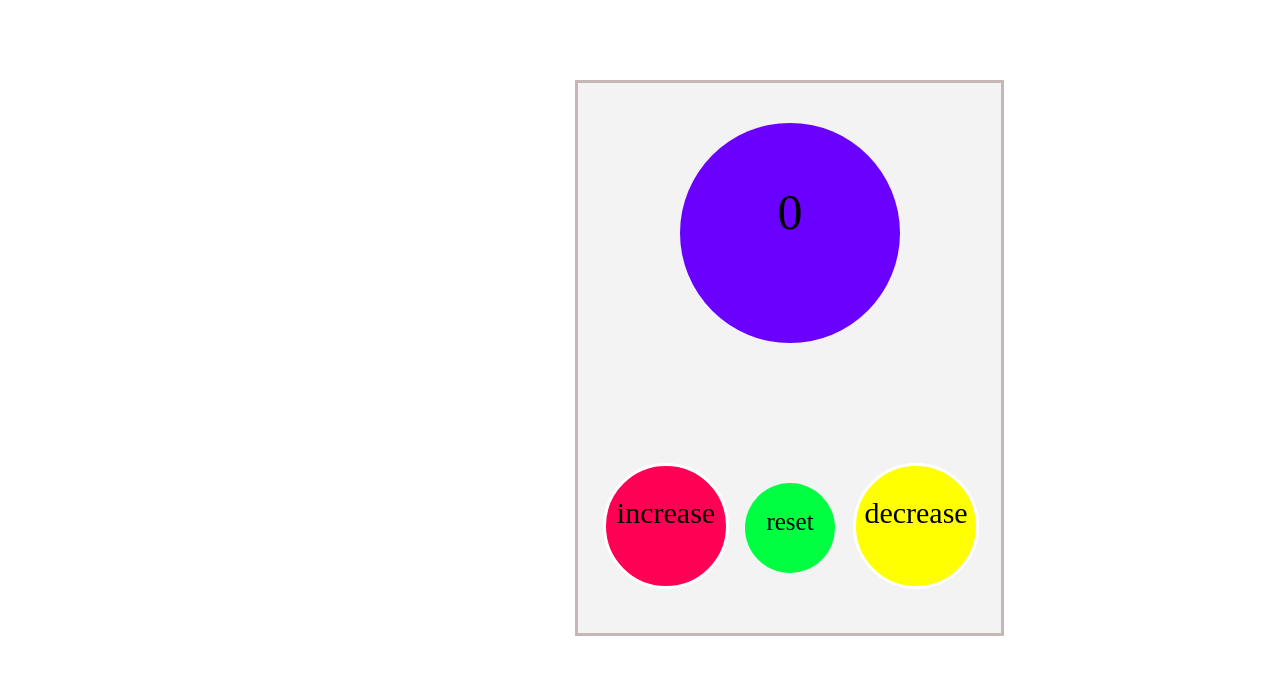
Repository: sara55m/Counter_App
Page: index.html
An editor plug-in stored every save of this project. The page is shown before and after the next save, followed by the edit.
The browser window is 1280 px wide. The pictures show the whole page.

Above is the page before, as saved 2024-07-30 04:05:26.

After the next save:
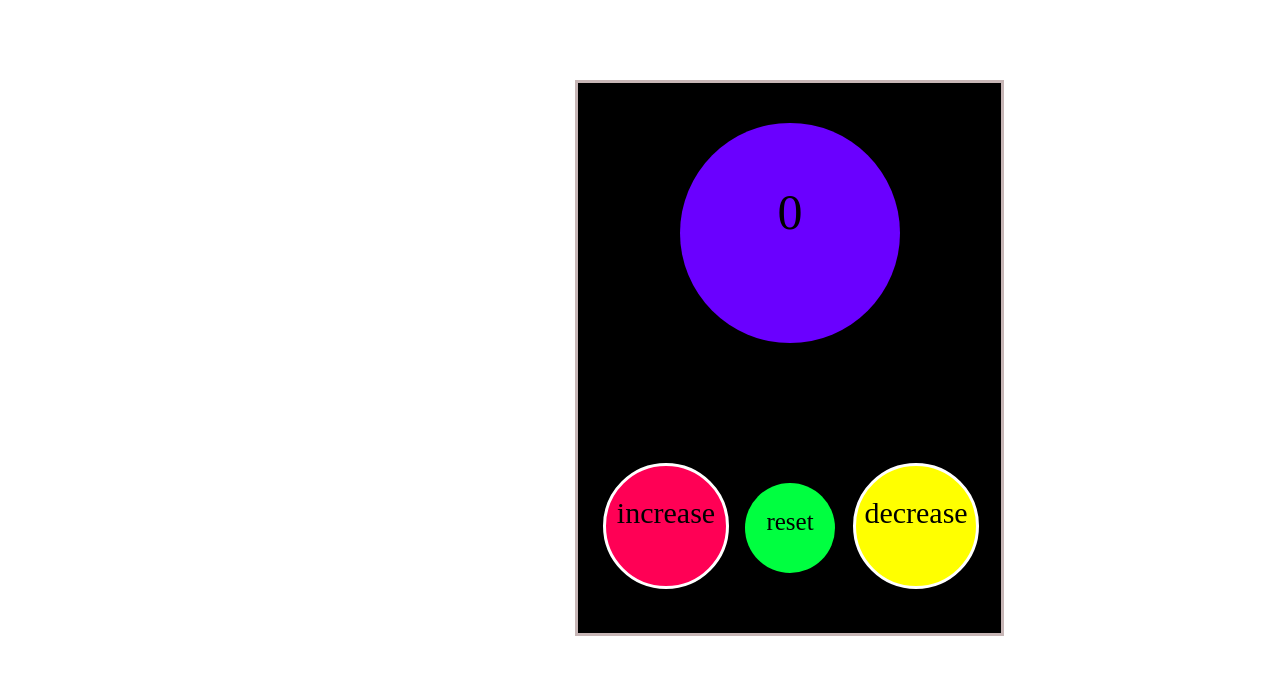
Saved 37 h 48 min later.
--- a/css/style.css
+++ b/css/style.css
@@ -4,7 +4,7 @@
     left:575px;
     height:550px;
     width:423px;
-    background-color: rgb(243 243 243);
+    background-color: black;
     border:3px solid #c7b6b6;
 }
 p.one{
